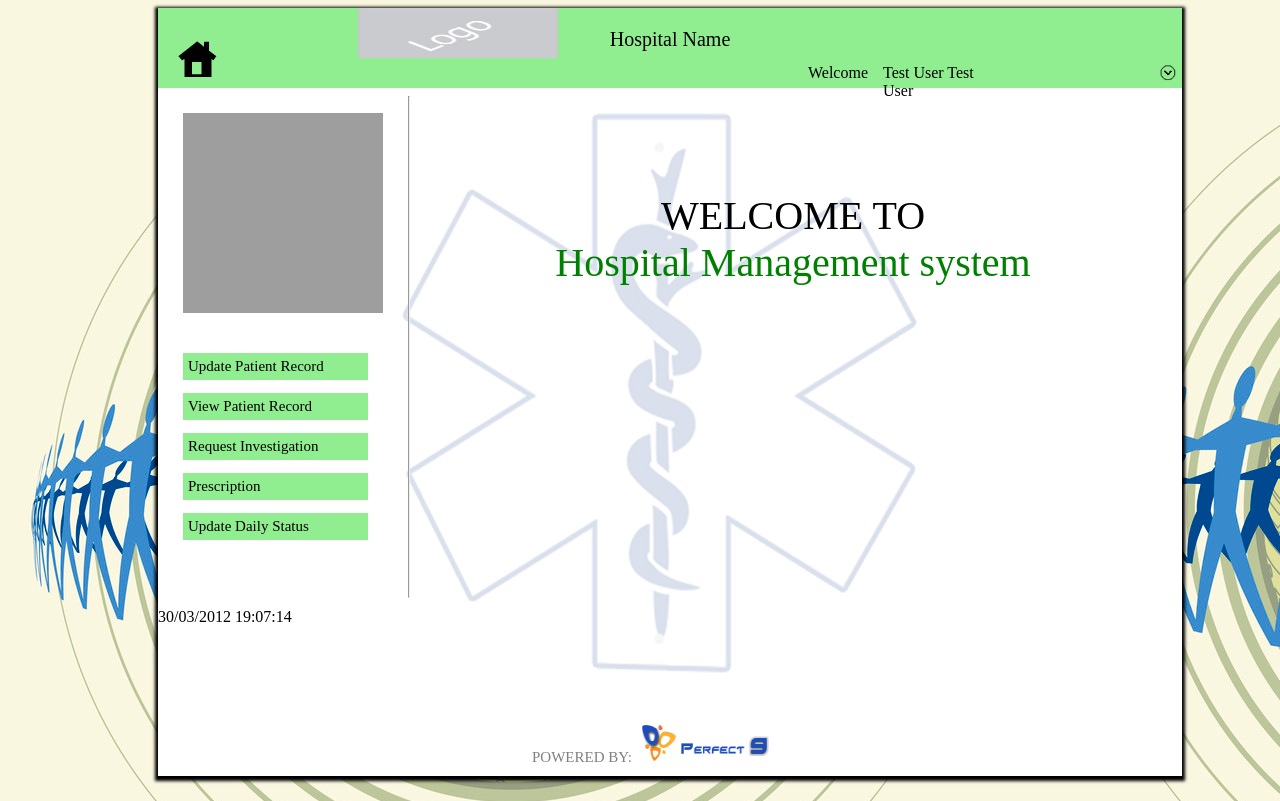
Repository: sabyasachimishra/PPH
Page: http://localhost/PaperlessHospitalService/userLoggeddoctor.jsp
These files come from the project's save history. The page is drawn as it stood at one moment and after the next save; the edit follows.
The browser window is 1280 px wide. The pictures show the whole page.
Pictures or frames that could not be fetched are drawn as grey boxes. The page is served by Tomcat 9. The session is filled in as if someone had signed in: {"currentSessionUserfname": "Test User", "currentSessionUserlname": "Test User", "currentSessionUserTypeId": 1, "currentSessionUserId": 1}. Other server files are loaded and not shown.

Above is the page before, as saved 2012-04-02 11:59:35.

### PaperlessHospitalService/WebContent/userLoggeddoctor.jsp

<html>

<head>


<style>
#time{
position:absolute;top:600px}
#frame1{position :absolute; left:260px; top : 100px;border:none;}

#s1{ text-decoration : none;color:black;width : 100px;}

#s2{ text-decoration : none;color:black;}

#s3{ text-decoration : none;color:black;}

#s4{ text-decoration : none;color:black;}

#s5{ text-decoration : none;color:black;}
#s6{ text-decoration : none;color:black;}

body{ background-image:url("rr.jpg");}

#container

{ position : relative; left : 150px; width:1024px; height:768px;

background-image:url("bggg.jpg");box-shadow: 0px 2px 3px 3px black;}

#box1

{ position : absolute; left : 0px;top : 0px;width : 1024px;

height: 50px;background-color : lightgreen;}

#box2

{ position : absolute; left : 0px;top : 50px;width : 1024px;

height: 30px;background-color : lightgreen;}

#set{z-index : 2;position : absolute; top : 50px; left : 650px; width : 200px;}
#welcome{ position : absolute; top : -10px; left:0px;}
#username{ position : absolute; top : -15px;left : 70px;padding : 5px;}
#username:hover

{background-color:green;}

#hospitalname{ font-size:20px;}

#hospitallogo{ position : absolute;width:200px; height:55px;left:200px;top:0px;}

#arw{ position : absolute; right : 0px;top : 0px;height : 30px;}

#arw:hover

{background-color:green;}

#home{position : absolute; left : 20px; top : -20px;}

#sidebox1{position :absolute; left : 0px; top : 80px; width : 250px; height : 500px;}

#profilepic{position : absolute; left: 25px; top : 25px;width:200px; height : 200px;}

#side1{position :absolute; left : 250px; top : 0px; height : 500px;}

#sidebutton1{ padding : 5px; background-color : lightgreen;width:175px;font-size: 15px;position  :absolute; left : 25px; top : 250px;}

#sidebutton1:hover

{-webkit-border-radius: 0px 20px 20px 0px;box-shadow:2px 0px 2px black;}

#sidebutton2{  top : 290px;padding : 5px; background-color : lightgreen;width:175px;font-size: 15px;position  :absolute; left : 25px;}

#sidebutton2:hover

{box-shadow:2px 0px 2px black;-webkit-border-radius: 0px 20px 20px 0px;}

#sidebutton3{  top : 330px;padding : 5px; background-color : lightgreen;width:175px;font-size: 15px;position  :absolute; left : 25px;}

#sidebutton3:hover

{box-shadow:2px 0px 2px black;-webkit-border-radius: 0px 20px 20px 0px;}

#sidebutton4{  top : 370px;padding : 5px; background-color : lightgreen;width:175px;font-size: 15px;position  :absolute; left : 25px;}

#sidebutton4:hover

{box-shadow:2px 0px 2px black;-webkit-border-radius: 0px 20px 20px 0px;}

#sidebutton5{  top : 410px;padding : 5px; background-color : lightgreen;width:175px;font-size: 15px;position  :absolute; left : 25px;}

#sidebutton5:hover

{box-shadow:2px 0px 2px black;-webkit-border-radius: 0px 20px 20px 0px;}
#sidebutton6{  top : 410px;padding : 5px; background-color : lightgreen;width:175px;font-size: 15px;position  :absolute; left : 25px;}

#sidebutton6:hover

{box-shadow:2px 0px 2px black;-webkit-border-radius: 0px 20px 20px 0px;}

#upbox1{ position :absolute; left : 280px; top : 80px; width : 600px; height : 50px;}

#upbutton1{ position : absolute; left : 0px; top : 10px; padding : 10px 30px 10px 30px;-webkit-border-radius: 5px; background-color : lightgreen;}

#upbutton1:hover{top : 5px;}

#upbutton2{ position : absolute; left : 120px; top : 10px;-webkit-border-radius: 5px; padding : 10px 30px 10px 30px; background-color : lightgreen;}

#upbutton2:hover{top : 5px;}

#upbutton3{ position : absolute;-webkit-border-radius: 5px; left : 240px; top : 10px; padding : 10px 30px 10px 30px; background-color : lightgreen;}

#upbutton3:hover{top : 5px;}

#upbutton4{ -webkit-border-radius: 5px;position : absolute; left : 360px; top : 10px; padding : 10px 30px 10px 30px; background-color : lightgreen;}

#upbutton4:hover{top : 5px;}

#upbutton5{  -webkit-border-radius: 5px;position : absolute; left : 480px; top : 10px; padding : 10px 30px 10px 30px; background-color : lightgreen;}

#upbutton5:hover{top : 5px;}

#lowbox1{position : absolute; bottom:0px; width : 200px; height : 75px; right : 400px;}

#perfect9logo{position : absolute; width : 250px; height:100px;right : -80px;}

#bottom{ position:absolute;bottom : -5px;left:-50px; font-size:15px;color : grey;}

#dropbox1{visibility:hidden;position : absolute; right : 0px; width : 150px; height : 150px;top : 80px;}

#dropbutton1{background-color:white;position:absolute; left : 0px;top : -16px;width:150px;max-width:150px; max-height: 30px;border:dotted 2px black;padding:10px 0px 10px 0px;}

#dropbutton2{background-color:white;position:absolute; left : 0px;top : 33px;width:150px;max-width:150px; max-height: 30px;border:dotted 2px black;padding:10px 0px 10px 0px;}

#dropbutton3{background-color:white;position:absolute; left : 0px;top : 82px;width:150px;max-width:150px; max-height: 30px;border:dotted 2px black;padding:10px 0px 10px 0px;}

#dropbutton3:hover

{background-color:green;}

#dropbutton2:hover

{background-color:green;}

#dropbutton1:hover

{background-color:green;}

</style>

<script>

var a=0;

function show()

{

if(a==0)

{document.all.dropbox1.style.visibility="visible";a=1;}

else

{document.all.dropbox1.style.visibility="hidden";a=0;}

}



</script>

</head>



<body>

<%@ page language="java" import="java.util.*,java.text.*,java.util.Date,java.sql.*, java.io.*" %>




		<%
  if(session.getAttribute("currentSessionUserfname")==null)
		{
			response.sendRedirect("https://localhost:9443/PaperlessHospitalService/invalidLogin.jsp"); //error page
		}%>
<div id="container">
<div id="set">
<p id="welcome">Welcome</p>
		<p id="username"><%=session.getAttribute("currentSessionUserfname")%> <%=" "%><%=session.getAttribute("currentSessionUserlname")%></p></p>
	</div>
	<div id="box1">

		<center><p id="hospitalname">Hospital Name</p></center>

		<img src="logo11.png" id="hospitallogo">

	</div>
	<%
	 DateFormat dateFormat = new SimpleDateFormat("dd/MM/yyyy HH:mm:ss");
	   //get current date time with Date()
	   Date date = new Date();

       String t1=dateFormat.format(date);
       %>
       <div id="time">
      <% out.println(t1);
	%>
</div>
	<div id="box2">

		<img id="home" src="home1.png">





		<img src="arrw.png" id="arw" onclick="show()">

	</div>

	<div id="sidebox1">

		<img id="profilepic" src="<%=session.getAttribute("currentSessionUserId")%>.jpg">

		<hr id="side1">

		<p id="sidebutton1" ><a onClick="sidebutton1.style.background='green';sidebutton2.style.background='lightgreen';sidebutton3.style.background='lightgreen';sidebutton4.style.background='lightgreen';sidebutton5.style.background='lightgreen';" id="s1" href="updatepatientrecord.jsp" target="frame1">Update Patient Record</a></p><br>

		<p id="sidebutton2" ><a onClick="sidebutton2.style.background='green';sidebutton1.style.background='lightgreen';sidebutton3.style.background='lightgreen';sidebutton4.style.background='lightgreen';sidebutton5.style.background='lightgreen';" id="s2" href="viewhealthrecord.jsp" target="frame1">View Patient Record</a></p>

		<p id="sidebutton3" ><a onClick="sidebutton3.style.background='green';sidebutton2.style.background='lightgreen';sidebutton1.style.background='lightgreen';sidebutton4.style.background='lightgreen';sidebutton5.style.background='lightgreen';" id="s3" href="requestbilling.jsp" target="frame1">Request Investigation</a></p>

		<p id="sidebutton4" ><a onClick="sidebutton4.style.background='green';sidebutton2.style.background='lightgreen';sidebutton3.style.background='lightgreen';sidebutton1.style.background='lightgreen';sidebutton5.style.background='lightgreen';" id="s4" href="Prescription.jsp" target="frame1">Prescription</a></p>

		<p id="sidebutton5" ><a onClick="sidebutton5.style.background='green';sidebutton2.style.background='lightgreen';sidebutton3.style.background='lightgreen';sidebutton4.style.background='lightgreen';sidebutton1.style.background='lightgreen';" id="s5" href="dischargeintimation.jsp" target="frame1">Send Discharge Intimation</a></p>
		<p id="sidebutton6" ><a onClick="sidebutton5.style.background='green';sidebutton2.style.background='lightgreen';sidebutton3.style.background='lightgreen';sidebutton4.style.background='lightgreen';sidebutton1.style.background='lightgreen';" id="s6" href="dailystatus.jsp" target="frame1">Update Daily Status</a></p>

	</div>

	<!--<div id="upbox1">

		<p id="upbutton1" onClick="this.style.background='green';">Button1</p>

		<p id="upbutton2" onClick="this.style.background='green';">Button2</p>

		<p id="upbutton3"onClick="this.style.background='green';">Button3</p>

		<p id="upbutton4"onClick="this.style.background='green';">Button4</p>

		<p id="upbutton5"onClick="this.style.background='green';">Button5</p>

	</div>-->



	<iframe id="frame1" name="frame1" src="initialpage.html" width="750px" height="500px"></iframe>



	<div id="dropbox1">


		<center><p id="dropbutton1"><a onClick="sidebutton2.style.background='green';sidebutton1.style.background='lightgreen';sidebutton3.style.background='lightgreen';sidebutton4.style.background='lightgreen';sidebutton5.style.background='lightgreen';" id="s2" href="\\C:\Users\Sumit\Desktop\UI\profile.html" target="frame1">View Profile</a></p></center>

		<center><p id="dropbutton2"> <a onClick="sidebutton2.style.background='green';sidebutton1.style.background='lightgreen';sidebutton3.style.background='lightgreen';sidebutton4.style.background='lightgreen';sidebutton5.style.background='lightgreen';" id="s2" href="accountsetting.jsp" target="frame1">Account Setting</a></p></center>

		<center><p id="dropbutton3"> <a onClick="sidebutton2.style.background='green';sidebutton1.style.background='lightgreen';sidebutton3.style.background='lightgreen';sidebutton4.style.background='lightgreen';sidebutton5.style.background='lightgreen';" id="s2" href="signout.jsp">Sign Out</a></p></center>


	</div>

	<div id="lowbox1">

		<img id="perfect9logo" src="logop.png">

		<p id="bottom">POWERED BY:</p>

	</div>

</div>



</body>

### PaperlessHospitalService/WebContent/initialpage.html
<html>
<head>
<script>
</script>
<style>
#l1{color : green; font-size : 40px;}
</style>
</head>
<body>
<br><br>
<p id="l1" align="center"><font color="black">WELCOME TO</font><br>Hospital Management system</p>

</body>
</html>

After the next save:
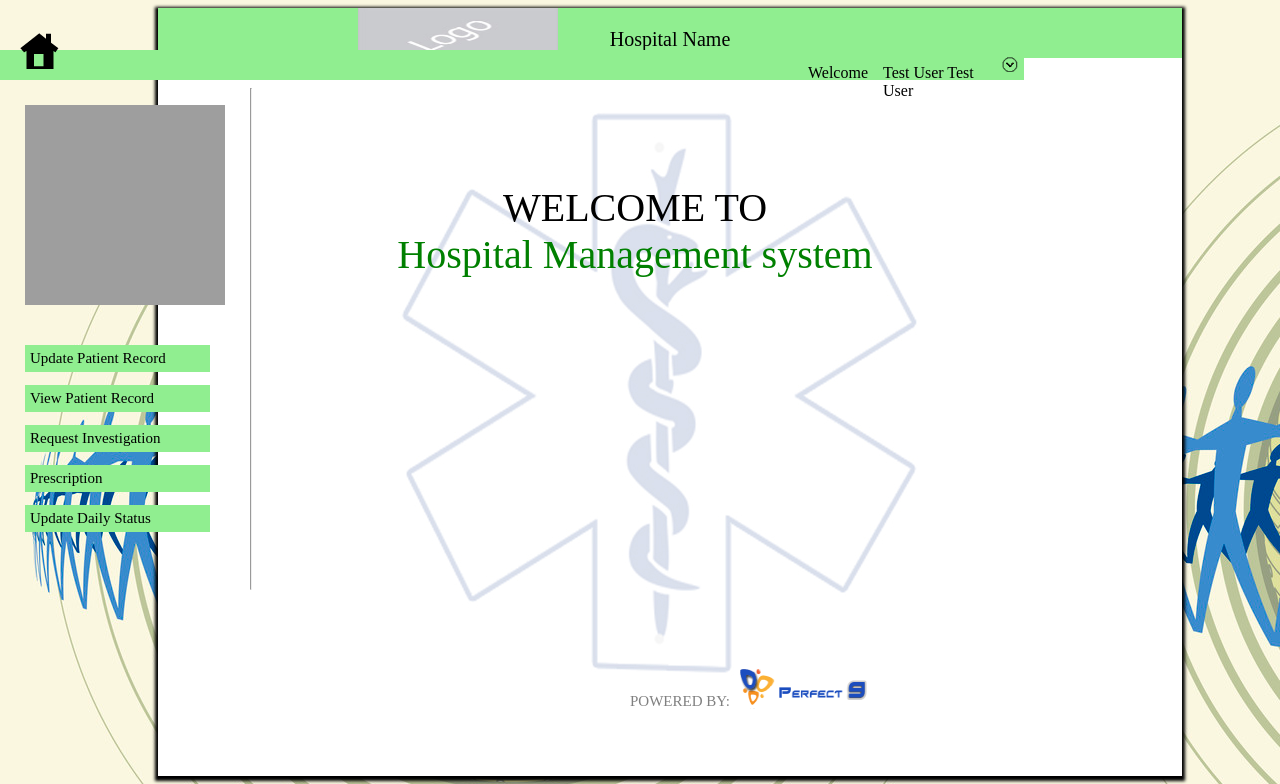
Saved 5 h 35 min later.
--- a/PaperlessHospitalService/WebContent/userLoggeddoctor.jsp
+++ b/PaperlessHospitalService/WebContent/userLoggeddoctor.jsp
@@ -200,16 +200,7 @@
 		<img src="logo11.png" id="hospitallogo">
 
 	</div>
-	<%
-	 DateFormat dateFormat = new SimpleDateFormat("dd/MM/yyyy HH:mm:ss");
-	   //get current date time with Date()
-	   Date date = new Date();
-
-       String t1=dateFormat.format(date);
-       %>
-       <div id="time">
-      <% out.println(t1);
-	%>
+
 </div>
 	<div id="box2">
 

After the save that followed:
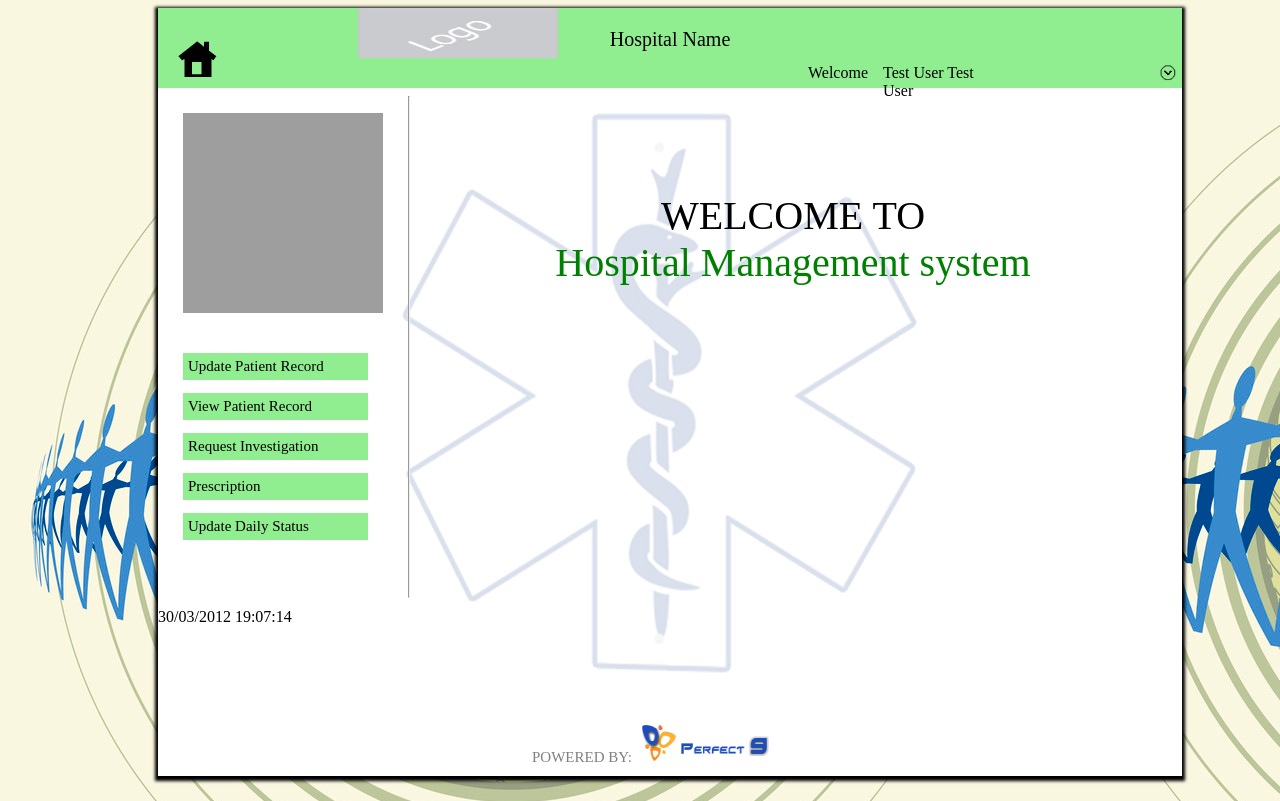
Saved 14 s later.
--- a/PaperlessHospitalService/WebContent/userLoggeddoctor.jsp
+++ b/PaperlessHospitalService/WebContent/userLoggeddoctor.jsp
@@ -200,7 +200,16 @@
 		<img src="logo11.png" id="hospitallogo">
 
 	</div>
-
+	<%
+	 DateFormat dateFormat = new SimpleDateFormat("dd/MM/yyyy HH:mm:ss");
+	   //get current date time with Date()
+	   Date date = new Date();
+
+       String t1=dateFormat.format(date);
+       %>
+       <div id="time">
+      <% out.println(t1);
+	%>
 </div>
 	<div id="box2">
 
